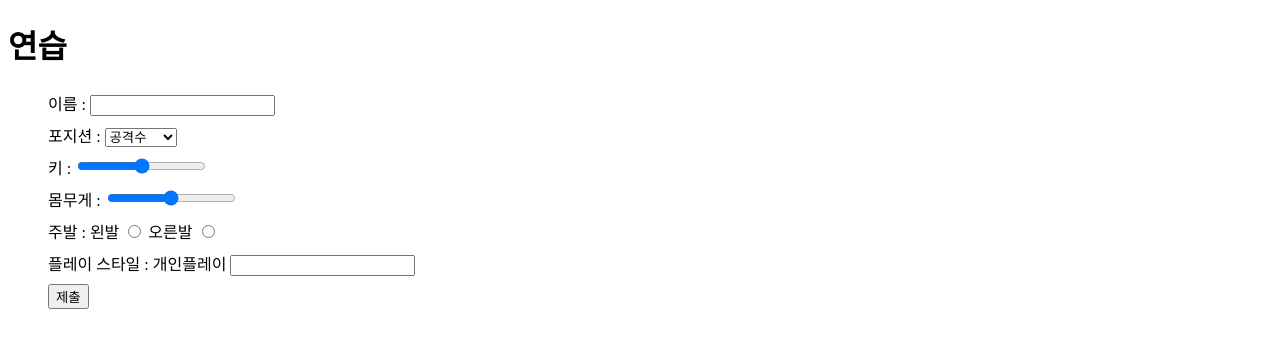
Repository: Simyoungdo04/dynamic-workspace
Page: FirstProject/src/main/webapp/views/practice.html
These files come from the project's save history. The page is drawn as it stood at one moment and after the next save; the edit follows.
The browser window is 1280 px wide. The pictures show the whole page.

Above is the page before, as saved 2026-05-04 08:44:43.

### FirstProject/src/main/webapp/views/practice.html
<!DOCTYPE html>
<html>
<head>
<meta charset="UTF-8">
<title>Insert title here</title>
<style>
	ul{
		list-style: none;
		line-height: 200%;
	}
</style>
</head>
<body>
	<h1>연습</h1>
	<form method="get" action="http://localhost:8088/first/practice.do">
		<ul>
			<li>
				이름 : <input type="text" name="name"/>
			</li>
			<li>
				포지션 :
				<select name="position">
					<option>공격수</option>
					<option>미드필더</option>
					<option>수비수</option>
				</select>
			</li>
			<li>
				키 : <input type="range" min="160" max="210" name="height"/>
			</li>
			<li>
				몸무게 : <input type="range" min="50" max="120" name="weight"/>
			</li>
			<li>
				주발 :
				왼발 <input type="radio" name="leftFoot"/>
				오른발 <input type="radio" name="rightFoot"/>
			</li>
			<li>
				플레이 스타일 :
				개인플레이 <input>
			</li>
			<li>

			</li>
			<li>

			</li>
			<li>

			</li>
			<li>
				<button type="submit">제출</button>
			</li>
		</ul>
	</form>
</body>
</html>

After the next save:
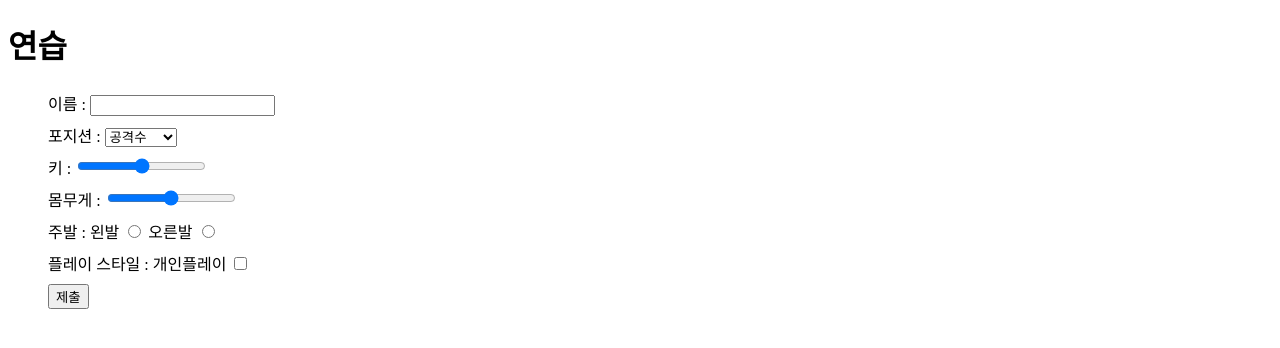
Saved 9 s later.
--- a/FirstProject/src/main/webapp/views/practice.html
+++ b/FirstProject/src/main/webapp/views/practice.html
@@ -38,7 +38,7 @@
 			</li>
 			<li>
 				플레이 스타일 :
-				개인플레이 <input>
+				개인플레이 <input type="checkbox" />
 			</li>
 			<li>
 
